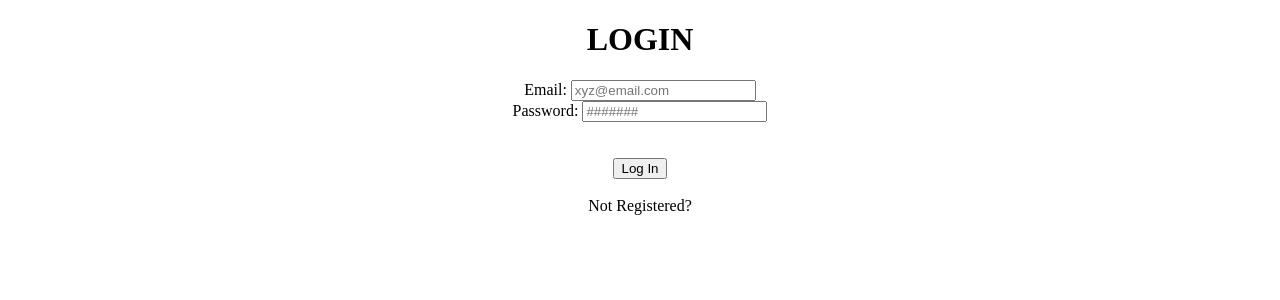
Repository: smokiesam/OnlineVotingSystem
Page: servletvoting/src/main/webapp/index.html
These files come from the project's save history. The page is drawn as it stood at one moment and after the next save; the edit follows.
The browser window is 1280 px wide. The pictures show the whole page.

Above is the page before, as saved 2024-12-03 10:53:24.

After the next save:
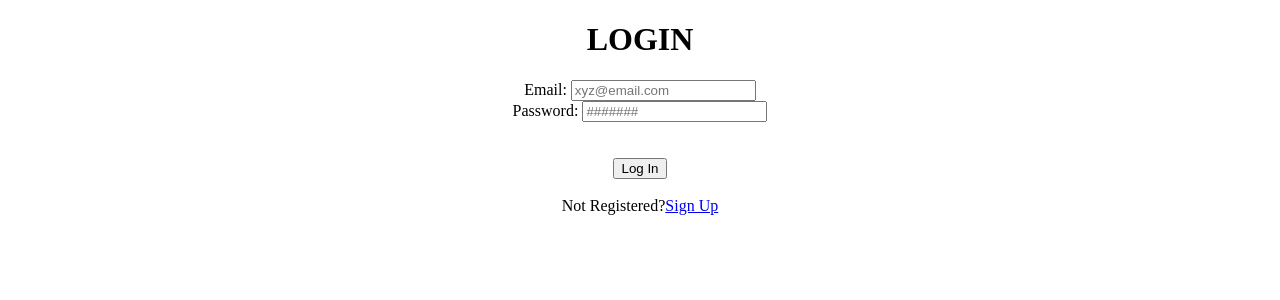
Saved 100 s later.
--- a/servletvoting/src/main/webapp/index.html
+++ b/servletvoting/src/main/webapp/index.html
@@ -8,14 +8,16 @@
 	<h1>LOGIN</h1>
 	<form method="post" action="login">
 		<label>Email:</label>
-		<input type="text" name="email" placeholder="xyz@email.com" ><br>
+		<input type="text" name="email" placeholder="xyz@email.com" >
+		<br>
+
 		<label>Password:</label>
 		<input type="password" name="passwd" placeholder="#######" ><br/>
 		<br><br>
 		<input type="submit" value="Log In" >
 		<br>
 		<br>
-		Not Registered?<a href="newuser.html>Sign Up</a>
+		Not Registered?<a href="newuser.html">Sign Up</a>
 	</form>
 </body>
 </html>
